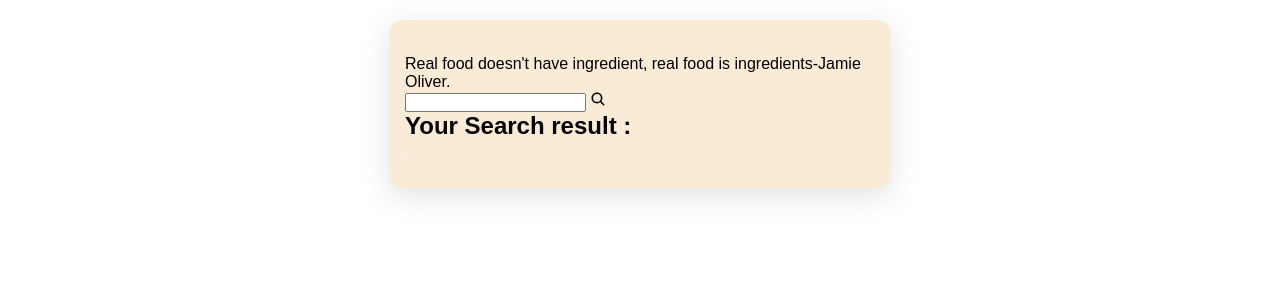
Repository: andrewhuynh561/javascipt
Page: Day 1/index.html
The author's editor kept a copy of each file at every save. The page is drawn from the files as they stood at one save, then again after the next save.
The browser window is 1280 px wide. The pictures show the whole page.

Above is the page before, as saved 2023-05-17 21:40:55.

After the next save:
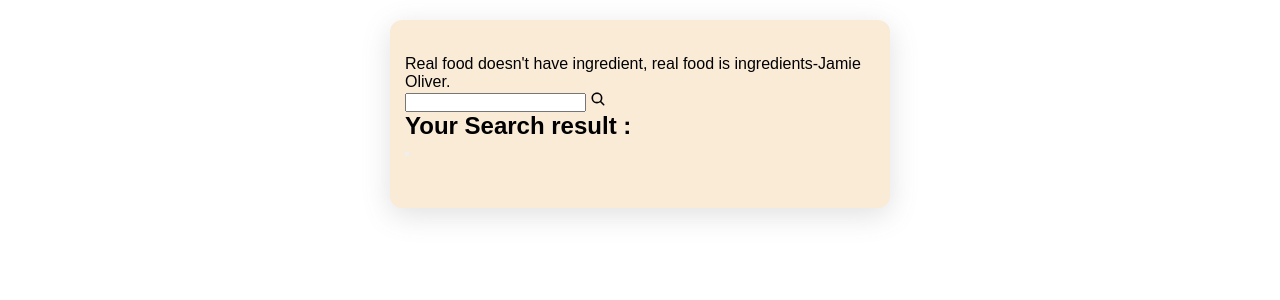
Saved 7 s later.
--- a/Day 1/style.css
+++ b/Day 1/style.css
@@ -17,6 +17,6 @@ body {
     border-radius: 12px;
     background-color: antiquewhite;
     box-shadow: rgba(100, 100, 111, 0.2) 0px 7px 29px 0px;
-    padding: 35px 15px 30px;
+    padding: 35px 15px 50px;
 
 }
